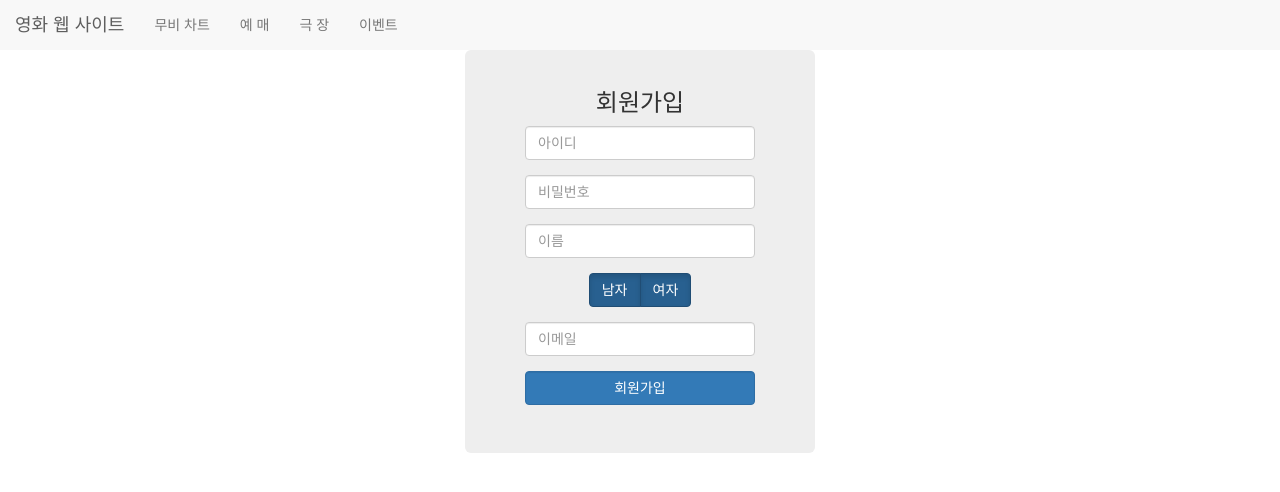
Repository: Gotaemin/java
Page: http://localhost/BBS/join.jsp
The author's editor kept a copy of each file at every save. The page is drawn from the files as they stood at one save, then again after the next save.
The browser window is 1280 px wide. The pictures show the whole page.
Some web libraries are served in a nearby version. The page is served by Tomcat 9.

Above is the page before, as saved 2020-03-05 04:44:59.

After the next save:
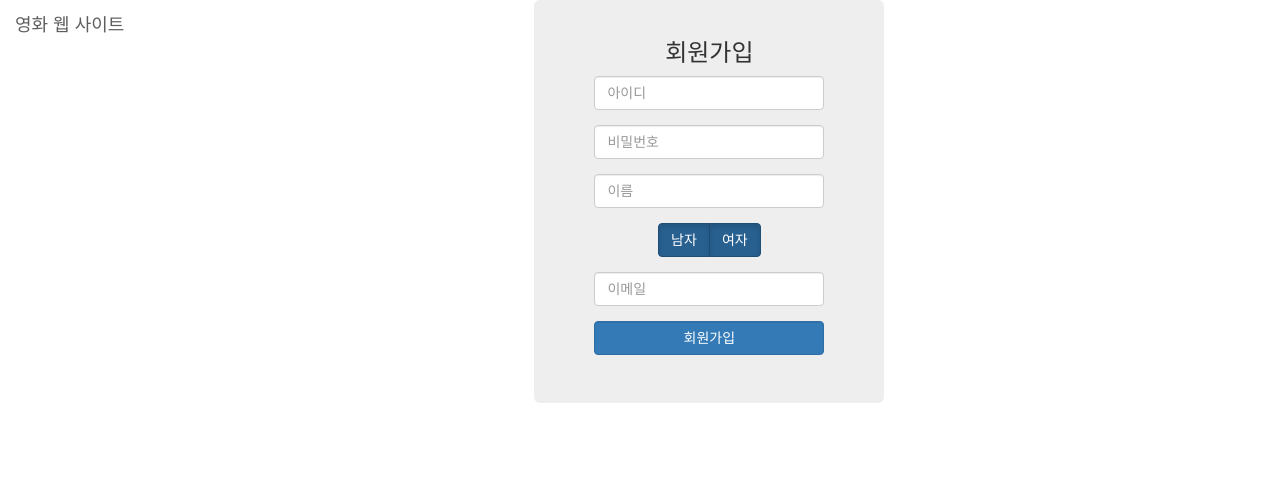
Saved 4 h 46 min later.
--- a/BBS/BBS/WebContent/join.jsp
+++ b/BBS/BBS/WebContent/join.jsp
@@ -32,16 +32,6 @@
 
 		</div>
 
-
-		<div class="collapse navbar-collapse" id="#bs-example-navbar-collapse-1">
-			<ul class="nav navbar-nav">
-				<li><a href="movieList.movie">무비 차트</a></li>
-				<li><a href="#">예  매</a></li>
-				<li><a href="#">극  장</a></li>
-				<li><a href="#">이벤트</a></li>
-			</ul>
-
-		</div>
 	</nav>
 
 
